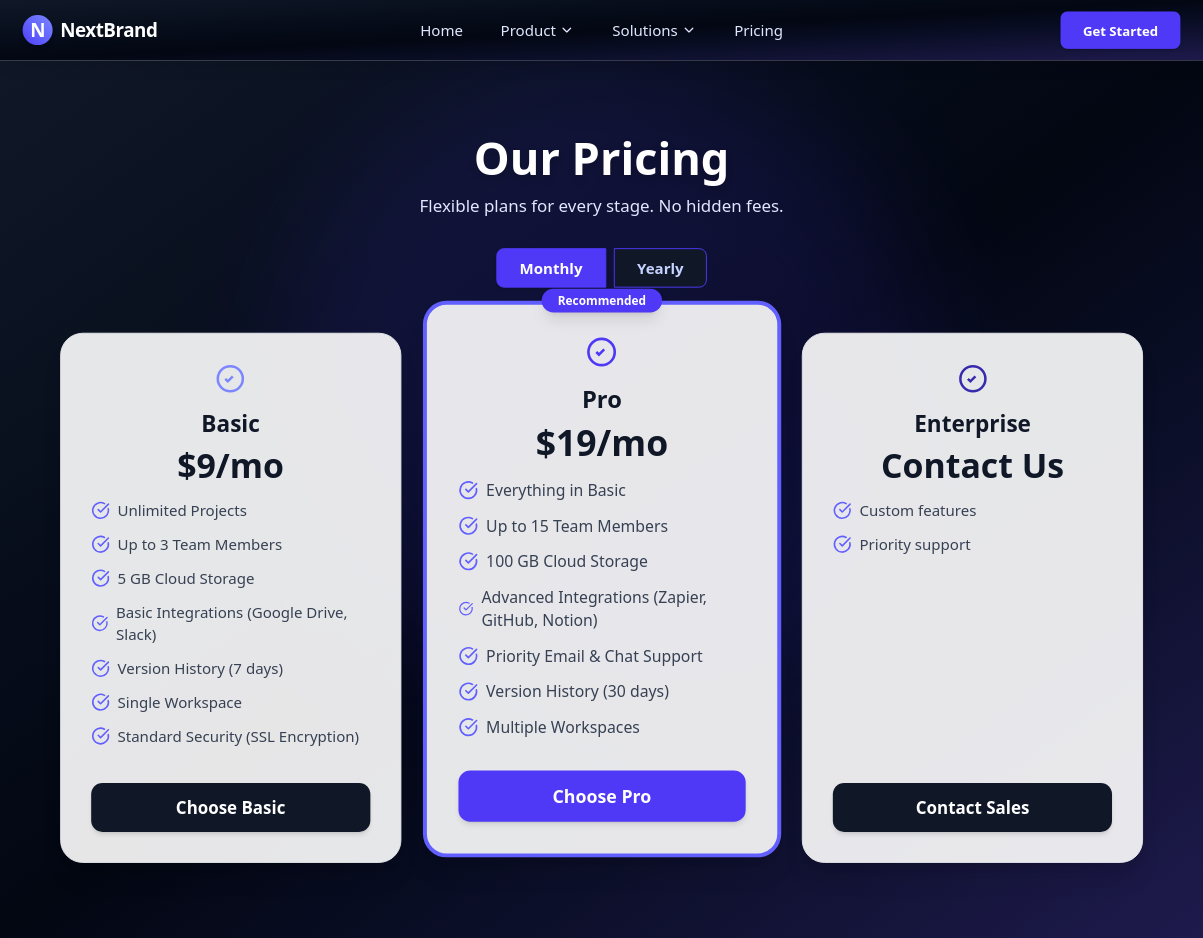
Repository: Chiranshukapil/Next_Brand
Page: /pricing
An editor plug-in stored every save of this project. The page is shown before and after the next save, followed by the edit.
The browser window is 1280 px wide. The pictures show the whole page, at 94% of full size.
The project was rebuilt for these pictures with package versions that can differ from the ones it lists, and the page was loaded fresh each time. Also part of the build but not shown: vite.config.js.

Above is the page before, as saved 2025-06-18 12:00:10.

### index.html
<!doctype html>
<html lang="en">
  <head>
    <meta charset="UTF-8" />
    <link rel="stylesheet" href="src/index.css">
    <meta name="viewport" content="width=device-width, initial-scale=1.0" />
    <title>NavBar</title>
  </head>
  <body classname="scroll-smooth">
    <div id="root"></div>
    <script type="module" src="/src/main.jsx"></script>
  </body>
</html>

### src/App.jsx
import { useState } from 'react'
import { BrowserRouter as Router, Routes, Route } from 'react-router-dom'
import Navbar from './Components/NavBar.jsx'
import PricingSection from './Components/PricingSection.jsx'

function App() {
  return (
    <Router>
      <Navbar />
      <Routes>

        <Route path="/pricing" element={<PricingSection />} />

      </Routes>
    </Router>
  )
}

export default App

### src/Components/NavBar.jsx
import React, { useState } from "react";
import { Link } from "react-router-dom";
import { Menu, X, ChevronDown } from "lucide-react";

// Route-based navLinks
const navLinks = [
  { name: "Home", href: "/" },
  {
    name: "Product",
    href: "/product",
    dropdown: [
      { name: "Overview", href: "/product/overview" },
      { name: "Features", href: "/product/features" },
      { name: "Pricing", href: "/pricing" },
    ],
  },
  {
    name: "Solutions",
    href: "/solutions",
    dropdown: [
      { name: "For Teams", href: "/solutions/teams" },
      { name: "For Individuals", href: "/solutions/individuals" },
    ],
  },
  { name: "Pricing", href: "/pricing" },
];

export default function Navbar() {
  const [menuOpen, setMenuOpen] = useState(false);
  const [dropdownOpen, setDropdownOpen] = useState(null);

  return (
    <nav className="sticky top-0 z-50 bg-gradient-to-br from-gray-900 via-gray-950 to-indigo-950 backdrop-blur-md bg-opacity-80 shadow-lg flex justify-between items-center px-6 py-3">
      {/* Brand/Logo */}
      <div className="navbar-start">
        <Link
          to="/"
          className="flex items-center gap-2 text-xl font-bold tracking-tight text-white hover:text-indigo-400 transition-colors"
        >
          <span className="w-8 h-8 bg-gradient-to-tr from-indigo-600 to-indigo-400 rounded-full text-white flex items-center justify-center font-bold shadow-md">
            N
          </span>
          <span>NextBrand</span>
        </Link>
      </div>

      {/* Desktop Menu */}
      <div className="navbar-center hidden md:flex">
        <ul className="flex gap-2 items-center">
          {navLinks.map((link, index) => (
            <li
              key={link.name}
              onMouseEnter={() => setDropdownOpen(index)}
              onMouseLeave={() => setDropdownOpen(null)}
              className="relative"
            >
              {link.dropdown ? (
                <>
                  <Link
                    to={link.href}
                    className="px-4 py-2 rounded-lg text-base font-medium flex items-center gap-1 cursor-pointer text-indigo-100 hover:text-white hover:bg-indigo-700/30 transition-colors"
                    aria-haspopup="true"
                    aria-expanded={dropdownOpen === index}
                    onClick={() => setDropdownOpen(null)}
                  >
                    {link.name}
                    <ChevronDown className="h-4 w-4" />
                  </Link>
                  {dropdownOpen === index && (
                    <ul className="absolute top-full left-0 mt-2 bg-white/95 shadow-xl rounded-xl p-2 w-52 z-50 animate-fade-in">
                      {link.dropdown.map((item) => (
                        <li key={item.name}>
                          <Link
                            to={item.href}
                            className="block px-4 py-2 rounded-lg hover:bg-indigo-100 text-gray-900 font-medium transition"
                            onClick={() => setDropdownOpen(null)}
                          >
                            {item.name}
                          </Link>
                        </li>
                      ))}
                    </ul>
                  )}
                </>
              ) : (
                <Link
                  to={link.href}
                  className="px-4 py-2 rounded-lg text-base font-medium text-indigo-100 hover:text-white hover:bg-indigo-700/30 transition"
                  onClick={() => setDropdownOpen(null)}
                >
                  {link.name}
                </Link>
              )}
            </li>
          ))}
        </ul>
      </div>

      {/* Right Side: CTA + Mobile Menu Button */}
      <div className="navbar-end flex items-center">
        <Link
          to="/get-started"
          className="btn btn-primary font-semibold shadow hidden md:inline-flex bg-indigo-600 text-white hover:bg-indigo-700 border-none rounded-lg px-6 py-2 transition"
        >
          Get Started
        </Link>
        <button
          aria-label="Toggle menu"
          className="btn btn-ghost md:hidden ml-2 text-indigo-200"
          onClick={() => setMenuOpen((v) => !v)}
        >
          {menuOpen ? (
            <X className="h-7 w-7" />
          ) : (
            <Menu className="h-7 w-7" />
          )}
        </button>

        {/* Mobile Menu */}
        <div
          className={`absolute top-full right-2 left-2 z-40 md:hidden overflow-hidden transition-all duration-300 ease-in-out bg-white/95 rounded-xl shadow-lg ${
            menuOpen ? "max-h-96" : "max-h-0"
          }`}
        >
          <ul tabIndex={0} className="flex flex-col gap-1 p-3 w-full">
            {navLinks.map((link) => (
              <li key={link.name}>
                {link.dropdown ? (
                  <details>
                    <summary className="text-base cursor-pointer flex items-center justify-between text-gray-900 font-semibold px-2 py-2 rounded-lg hover:bg-indigo-100 transition">
                      {link.name}
                    </summary>
                    <ul className="p-2">
                      {link.dropdown.map((item) => (
                        <li key={item.name}>
                          <Link
                            to={item.href}
                            className="block px-4 py-2 rounded-lg text-gray-900 hover:bg-indigo-100 transition"
                            onClick={() => setMenuOpen(false)}
                          >
                            {item.name}
                          </Link>
                        </li>
                      ))}
                    </ul>
                  </details>
                ) : (
                  <Link
                    to={link.href}
                    className="block px-4 py-2 rounded-lg text-gray-900 font-semibold hover:bg-indigo-100 transition"
                    onClick={() => setMenuOpen(false)}
                  >
                    {link.name}
                  </Link>
                )}
              </li>
            ))}
            <li className="mt-2">
              <Link
                to="/get-started"
                className="btn btn-primary w-full bg-indigo-600 text-white hover:bg-indigo-700 border-none rounded-lg px-6 py-2 transition"
                onClick={() => setMenuOpen(false)}
              >
                Get Started
              </Link>
            </li>
          </ul>
        </div>
      </div>
    </nav>
  );
}

### src/Components/PricingSection.jsx
import { CheckCircle } from "lucide-react";
import { useState } from "react";

const plans = [
  {
    name: "Basic",
    icon: <svg className="w-8 h-8 text-indigo-400" fill="none" stroke="currentColor" strokeWidth="2" viewBox="0 0 24 24"><circle cx="12" cy="12" r="10"/><path d="M8 12l2 2 4-4"/></svg>,
    monthly: 9,
    yearly: 90,
    features: ["Unlimited Projects", "Up to 3 Team Members", "5 GB Cloud Storage", "Basic Integrations (Google Drive, Slack)",
        "Version History (7 days)", "Single Workspace", "Standard Security (SSL Encryption)"
    ],
    recommended: false,
  },
  {
    name: "Pro",
    icon: <svg className="w-8 h-8 text-indigo-600" fill="none" stroke="currentColor" strokeWidth="2" viewBox="0 0 24 24"><circle cx="12" cy="12" r="10"/><path d="M8 12l2 2 4-4"/></svg>,
    monthly: 19,
    yearly: 190,
    features: ["Everything in Basic", "Up to 15 Team Members", "100 GB Cloud Storage", "Advanced Integrations (Zapier, GitHub, Notion)",
        "Priority Email & Chat Support", "Version History (30 days)", "Multiple Workspaces",],
    recommended: true,
  },
  {
    name: "Enterprise",
    icon: <svg className="w-8 h-8 text-indigo-800" fill="none" stroke="currentColor" strokeWidth="2" viewBox="0 0 24 24"><circle cx="12" cy="12" r="10"/><path d="M8 12l2 2 4-4"/></svg>,
    monthly: null,
    yearly: null,
    features: ["Custom features", "Priority support"],
    recommended: false,
    contact: true,
  },
];

export default function PricingSection() {
  const [billing, setBilling] = useState("monthly");

  const displayPrice = (plan) => {
    if (plan.contact) return "Contact Us";
    if (billing === "yearly") return `$${plan.yearly}/yr`;
    return `$${plan.monthly}/mo`;
  };

  return (
    <section className="relative py-20 px-4 md:px-0 bg-gradient-to-br from-gray-900 via-gray-950 to-indigo-950 min-h-[100vh]">
      {/* Decorative background shapes */}
      <div className="absolute top-0 left-1/2 -translate-x-1/2 w-[700px] h-[700px] rounded-full bg-indigo-800 opacity-20 blur-3xl pointer-events-none"></div>
      <div className="relative z-10 max-w-6xl mx-auto">
        <h2 className="text-4xl md:text-5xl font-extrabold text-center mb-3 text-white drop-shadow-lg">Our Pricing</h2>
        <p className="text-center text-indigo-100 mb-8 text-lg">Flexible plans for every stage. No hidden fees.</p>
        {/* Billing toggle */}
        <div className="flex justify-center mb-12 gap-2">
          <button
            className={`px-6 py-2 rounded-l-lg font-semibold transition-colors duration-200 hover:cursor-pointer border border-indigo-600 focus:outline-none ${
              billing === "monthly"
                ? "bg-indigo-600 text-white shadow"
                : "bg-gray-900 text-indigo-200 hover:bg-indigo-700/20"
            }`}
            onClick={() => setBilling("monthly")}
          >
            Monthly
          </button>
          <button
            className={`px-6 py-2 rounded-r-lg font-semibold transition-colors duration-200 hover:cursor-pointer border border-indigo-600 focus:outline-none ${
              billing === "yearly"
                ? "bg-indigo-600 text-white shadow"
                : "bg-gray-900 text-indigo-200 hover:bg-indigo-700/20"
            }`}
            onClick={() => setBilling("yearly")}
          >
            Yearly
          </button>
        </div>
        <div className="grid md:grid-cols-3 gap-8 items-stretch">
          {plans.map((plan, idx) => (
            <div
              key={plan.name}
              className={`relative flex flex-col p-8 rounded-3xl border transition-transform duration-200 bg-white/90 shadow-xl hover:scale-[1.03] ${
                plan.recommended
                  ? "border-4 border-indigo-500 bg-indigo-50 z-20 scale-105 shadow-2xl"
                  : "border-gray-200"
              }`}
              style={plan.recommended ? { top: '-20px' } : {}}
            >
              {plan.recommended && (
                <span className="absolute -top-4 left-1/2 -translate-x-1/2 bg-indigo-600 text-white text-xs px-4 py-1 rounded-full font-semibold shadow-lg z-30">
                  Recommended
                </span>
              )}
              <div className="flex justify-center mb-4">{plan.icon}</div>
              <h3 className="text-2xl font-bold mb-2 text-gray-900 text-center">{plan.name}</h3>
              <div className="text-4xl font-extrabold mb-4 text-center text-gray-900">{displayPrice(plan)}</div>
              <ul className="flex-1 mb-8 space-y-3 text-gray-700">
                {plan.features.map((f) => (
                  <li key={f} className="flex items-center gap-2">
                    <CheckCircle className="w-5 h-5 text-indigo-500" />
                    <span>{f}</span>
                  </li>
                ))}
              </ul>
              <button
                className={`py-3 px-6 rounded-xl font-semibold text-lg transition-all hover:cursor-pointer duration-200 shadow-md focus:outline-none ${
                  plan.recommended
                    ? "bg-indigo-600 text-white hover:bg-indigo-700"
                    : "bg-gray-900 text-white hover:bg-indigo-600"
                }`}
              >
                {plan.contact ? "Contact Sales" : `Choose ${plan.name}`}
              </button>
            </div>
          ))}
        </div>
      </div>
    </section>
  );
}

Loaded but not shown: src/index.css (common file); src/main.jsx (common file)

After the next save:
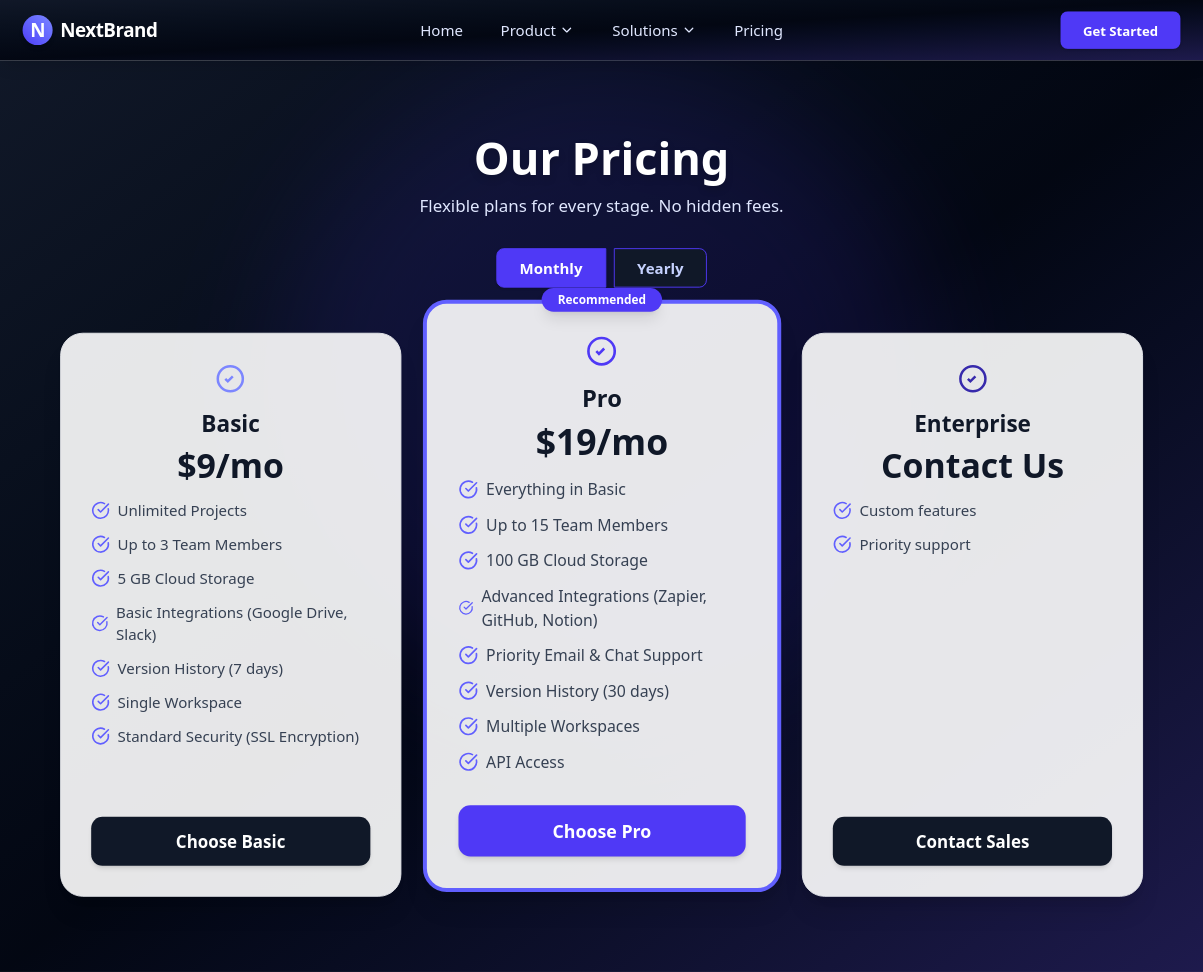
Saved 10 s later.
--- a/src/Components/PricingSection.jsx
+++ b/src/Components/PricingSection.jsx
@@ -18,7 +18,7 @@
     monthly: 19,
     yearly: 190,
     features: ["Everything in Basic", "Up to 15 Team Members", "100 GB Cloud Storage", "Advanced Integrations (Zapier, GitHub, Notion)",
-        "Priority Email & Chat Support", "Version History (30 days)", "Multiple Workspaces",],
+        "Priority Email & Chat Support", "Version History (30 days)", "Multiple Workspaces", "API Access"],
     recommended: true,
   },
   {

After the save that followed:
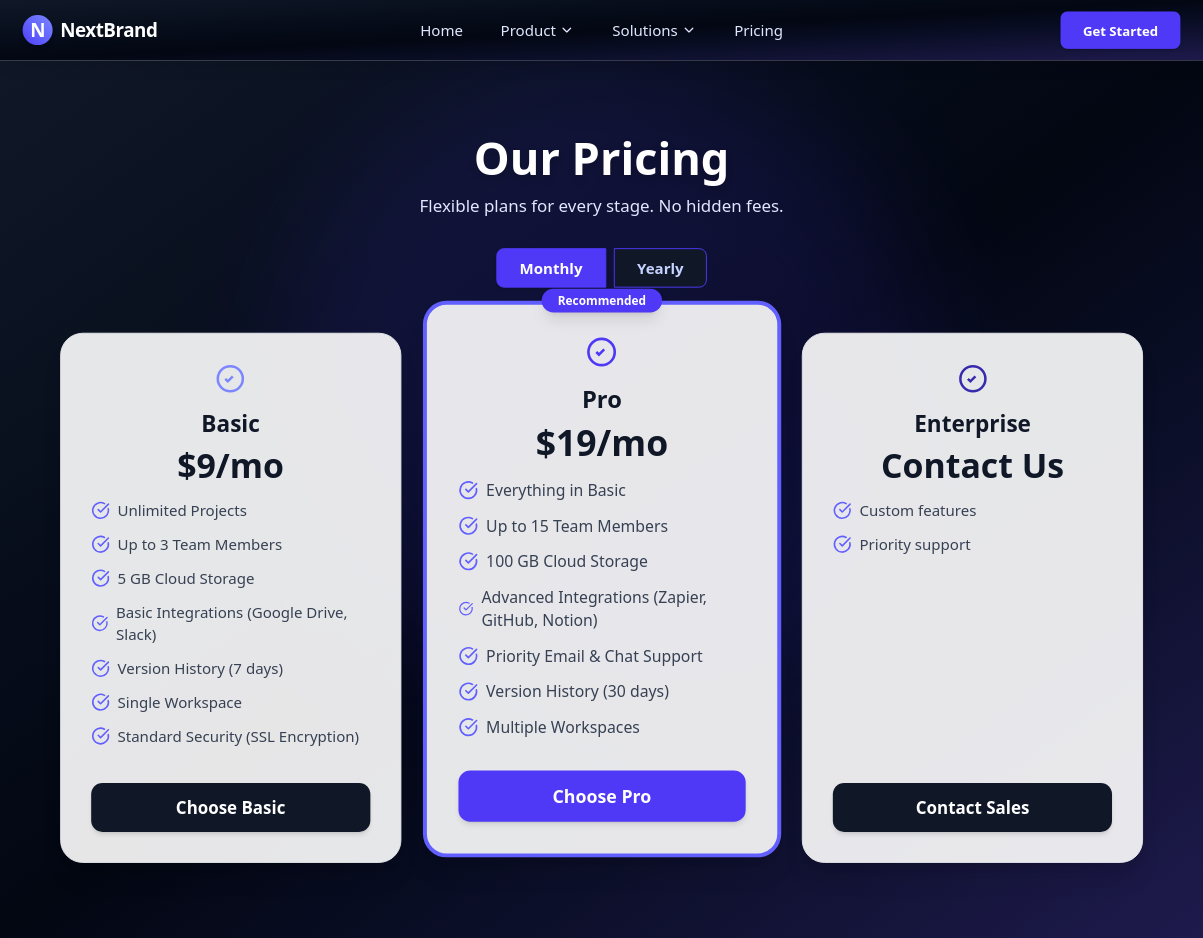
Saved 9 s later.
--- a/src/Components/PricingSection.jsx
+++ b/src/Components/PricingSection.jsx
@@ -18,7 +18,7 @@
     monthly: 19,
     yearly: 190,
     features: ["Everything in Basic", "Up to 15 Team Members", "100 GB Cloud Storage", "Advanced Integrations (Zapier, GitHub, Notion)",
-        "Priority Email & Chat Support", "Version History (30 days)", "Multiple Workspaces", "API Access"],
+        "Priority Email & Chat Support", "Version History (30 days)", "Multiple Workspaces"],
     recommended: true,
   },
   {
